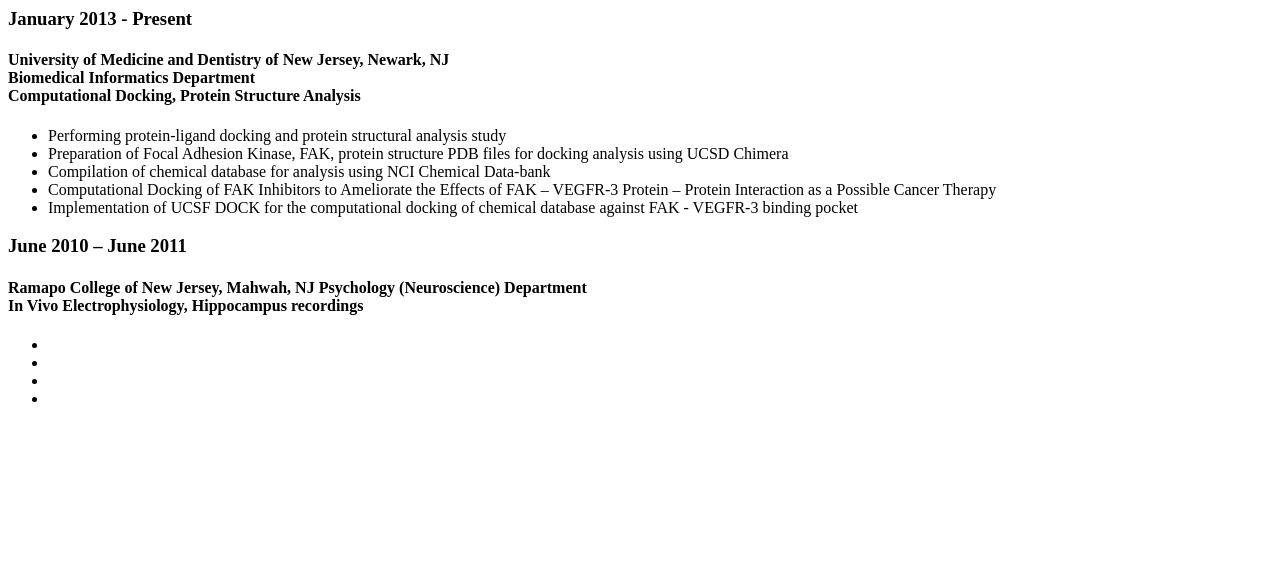
Repository: gmihalik/resume-website
Page: views/research.html
The author's editor kept a record of every edit. The page is drawn from the files as they stood at one moment, then again after the next edit.
The browser window is 1280 px wide. The pictures show the whole page.

Above is the page before.

After the next edit:
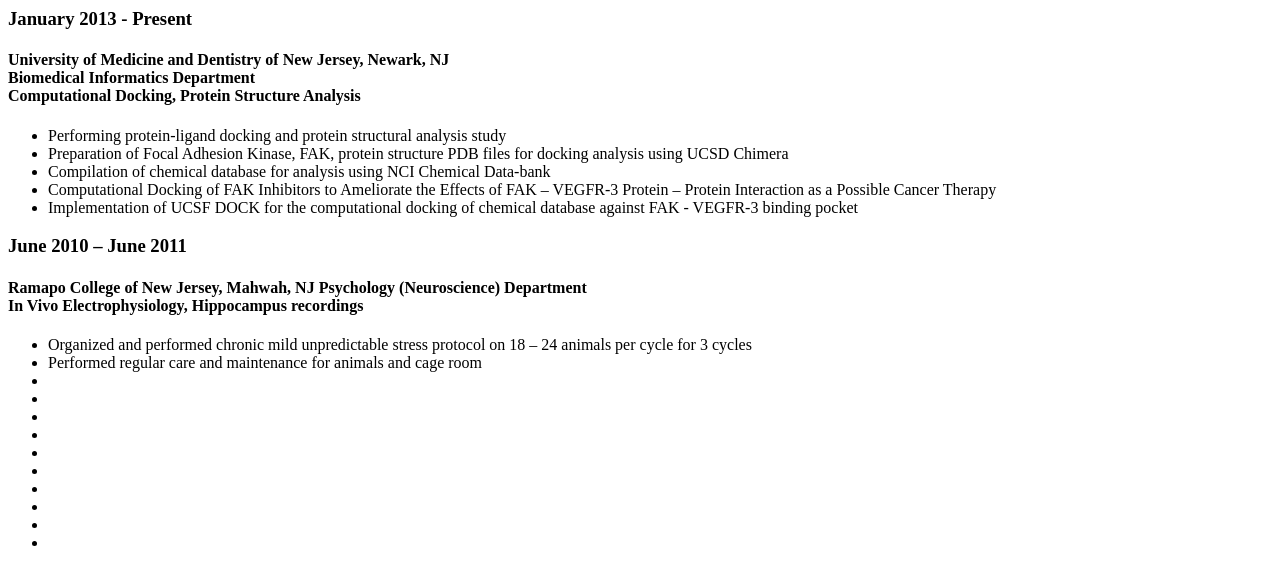
The edit:
--- a/views/research.html
+++ b/views/research.html
@@ -17,6 +17,14 @@
 <br>In Vivo Electrophysiology, Hippocampus recordings</h4>
 <p>
 <ul>
+    <li>Organized and performed chronic mild unpredictable stress protocol on 18 – 24 animals per cycle for 3 cycles</li>
+    <li>Performed regular care and maintenance for animals and cage room</li>
+    <li></li>
+    <li></li>
+    <li></li>
+    <li></li>
+    <li></li>
+    <li></li>
     <li></li>
     <li></li>
     <li></li>
